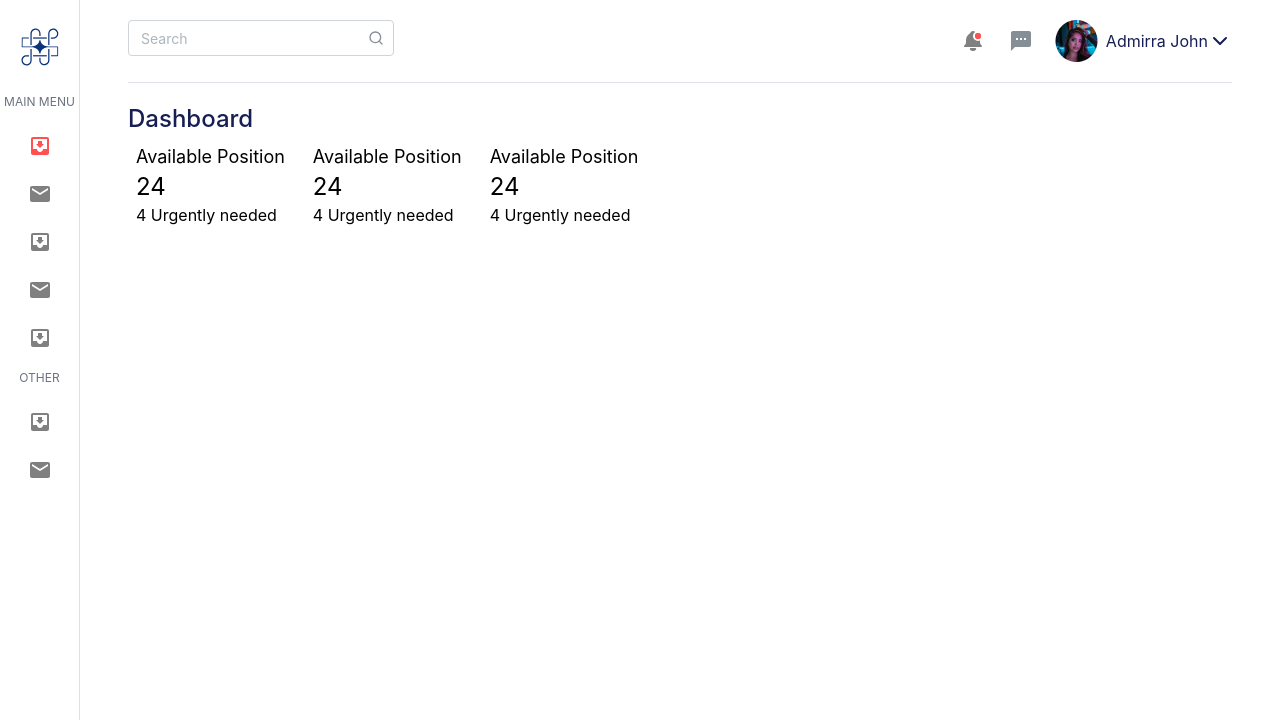
Repository: SatyaDewangan05/sample-dashboard
Page: /
An editor plug-in stored every save of this project. The page is shown before and after the next save, followed by the edit.
The browser window is 1280 px wide. The pictures show the whole page.
The project was rebuilt for these pictures with package versions that can differ from the ones it lists, and the page was loaded fresh each time. The framework's server and built-in components were replaced by stand-ins that run in the browser. Also part of the build but not shown: next.config.mjs.

Above is the page before, as saved 2024-09-21 23:28:32.

### src/app/layout.js
import localFont from "next/font/local";
import "./globals.css";
import { MantineProvider } from "@mantine/core";
import "@mantine/core/styles.css";

const geistSans = localFont({
  src: "./fonts/GeistVF.woff",
  variable: "--font-geist-sans",
  weight: "100 900",
});
const geistMono = localFont({
  src: "./fonts/GeistMonoVF.woff",
  variable: "--font-geist-mono",
  weight: "100 900",
});

export const metadata = {
  title: "Create Next App",
  description: "Generated by create next app",
};

export default function RootLayout({ children }) {
  return (
    <html lang="en">
      <body
        className={`${geistSans.variable} ${geistMono.variable} antialiased bg-white`}
      >
        <MantineProvider>{children}</MantineProvider>
      </body>
    </html>
  );
}

### src/app/page.jsx
import Image from "next/image";
import MiniDrawer from "./components/Drawer";
import {
  ActionIcon,
  Anchor,
  Avatar,
  Divider,
  Indicator,
  TextInput,
  Title,
} from "@mantine/core";
import { Search } from "lucide-react";
import {
  IconBellFilled,
  IconChevronCompactDown,
  IconChevronDown,
} from "@tabler/icons-react";
import TextsmsIcon from "@mui/icons-material/Textsms";
import DP from "@/images/dp.png";
import ThreeData from "./components/card/ThreeData";

export default function Home() {
  return (
    <div className="flex">
      <MiniDrawer />
      <div className="w-full px-12">
        {/* Top Bar */}
        <div className="w-full py-5 flex justify-between">
          <TextInput placeholder="Search" rightSection={<Search size={16} />} />
          <div className="flex items-center gap-5">
            <ActionIcon
              variant="transparent"
              color="gray"
              // c="black"
              aria-label="Settings"
            >
              <Indicator color="#FF5151" offset={7} withBorder>
                <IconBellFilled color="gray" />
              </Indicator>
            </ActionIcon>
            <ActionIcon
              variant="transparent"
              color="gray"
              // c="black"
              aria-label="Settings"
            >
              <TextsmsIcon color="gray" />
            </ActionIcon>
            <div className="flex gap-2 items-center">
              <Image src={DP} />
              <Anchor
                href="https://mantine.dev/"
                target="_blank"
                underline="never"
                c="#161E54"
              >
                <div className="flex items-center">
                  Admirra John
                  <IconChevronDown />
                </div>
              </Anchor>
            </div>
          </div>
        </div>
        <Divider />

        <div className="w-full py-5">
          <p className="text-2xl font-medium text-[#161E54]">Dashboard</p>
          <div className="flex gap-3">
            <ThreeData bgColor="#FFEFE7" textColor="#FF5151" />
            <ThreeData bgColor="#E8F0FB" textColor="#3786F1" />
            <ThreeData bgColor="#FFEFE7" textColor="#FF5151" />
          </div>
        </div>
      </div>
    </div>
  );
}

### src/app/globals.css
@tailwind base;
@tailwind components;
@tailwind utilities;

:root {
  --background: #ffffff;
  --foreground: #171717;
}

/* @media (prefers-color-scheme: dark) {
  :root {
    --background: #0a0a0a;
    --foreground: #ededed;
  }
} */

body {
  color: var(--foreground);
  background: var(--background);
  font-family: Arial, Helvetica, sans-serif;
}

@layer utilities {
  .text-balance {
    text-wrap: balance;
  }
}

@layer base {
  :root {
    --background: 0 0% 100%;
    --foreground: 0 0% 3.9%;
    --card: 0 0% 100%;
    --card-foreground: 0 0% 3.9%;
    --popover: 0 0% 100%;
    --popover-foreground: 0 0% 3.9%;
    --primary: 0 0% 9%;
    --primary-foreground: 0 0% 98%;
    --secondary: 0 0% 96.1%;
    --secondary-foreground: 0 0% 9%;
    --muted: 0 0% 96.1%;
    --muted-foreground: 0 0% 45.1%;
    --accent: 0 0% 96.1%;
    --accent-foreground: 0 0% 9%;
    --destructive: 0 84.2% 60.2%;
    --destructive-foreground: 0 0% 98%;
    --border: 0 0% 89.8%;
    --input: 0 0% 89.8%;
    --ring: 0 0% 3.9%;
    --chart-1: 12 76% 61%;
    --chart-2: 173 58% 39%;
    --chart-3: 197 37% 24%;
    --chart-4: 43 74% 66%;
    --chart-5: 27 87% 67%;
    --radius: 0.5rem;
  }
  .dark {
    --background: 0 0% 3.9%;
    --foreground: 0 0% 98%;
    --card: 0 0% 3.9%;
    --card-foreground: 0 0% 98%;
    --popover: 0 0% 3.9%;
    --popover-foreground: 0 0% 98%;
    --primary: 0 0% 98%;
    --primary-foreground: 0 0% 9%;
    --secondary: 0 0% 14.9%;
    --secondary-foreground: 0 0% 98%;
    --muted: 0 0% 14.9%;
    --muted-foreground: 0 0% 63.9%;
    --accent: 0 0% 14.9%;
    --accent-foreground: 0 0% 98%;
    --destructive: 0 62.8% 30.6%;
    --destructive-foreground: 0 0% 98%;
    --border: 0 0% 14.9%;
    --input: 0 0% 14.9%;
    --ring: 0 0% 83.1%;
    --chart-1: 220 70% 50%;
    --chart-2: 160 60% 45%;
    --chart-3: 30 80% 55%;
    --chart-4: 280 65% 60%;
    --chart-5: 340 75% 55%;
  }
}

@layer base {
  * {
    @apply border-border;
  }
  body {
    @apply bg-background text-foreground;
  }
}

### src/app/components/Drawer.jsx
"use client";

import { styled } from "@mui/material/styles";
import MuiDrawer from "@mui/material/Drawer";
import List from "@mui/material/List";
import IconButton from "@mui/material/IconButton";
import MenuIcon from "@mui/icons-material/Menu";

import ListItem from "@mui/material/ListItem";
import ListItemButton from "@mui/material/ListItemButton";
import ListItemIcon from "@mui/material/ListItemIcon";
import ListItemText from "@mui/material/ListItemText";
import InboxIcon from "@mui/icons-material/MoveToInbox";
import MailIcon from "@mui/icons-material/Mail";
import { useState } from "react";
import Image from "next/image";

import Logo from "@/images/logo.svg";
import LogoWithName from "@/images/logo_with_name.png";

const drawerWidth = 220;

const openedMixin = (theme) => ({
  width: drawerWidth,
  transition: theme.transitions.create("width", {
    easing: theme.transitions.easing.sharp,
    duration: theme.transitions.duration.enteringScreen,
  }),
  overflowX: "hidden",
});

const closedMixin = (theme) => ({
  transition: theme.transitions.create("width", {
    easing: theme.transitions.easing.sharp,
    duration: theme.transitions.duration.leavingScreen,
  }),
  overflowX: "hidden",
  width: "80px",
  [theme.breakpoints.up("sm")]: {
    width: "80px",
  },
});

const DrawerHeader = styled("div")(({ theme }) => ({
  display: "flex",
  alignItems: "center",
  justifyContent: "center",
  padding: "20px",
  // necessary for content to be below app bar
  ...theme.mixins.toolbar,
}));

const Drawer = styled(MuiDrawer, {
  shouldForwardProp: (prop) => prop !== "open",
})(({ theme }) => ({
  width: drawerWidth,
  flexShrink: 0,
  whiteSpace: "nowrap",
  boxSizing: "border-box",
  variants: [
    {
      props: ({ open }) => open,
      style: {
        ...openedMixin(theme),
        "& .MuiDrawer-paper": openedMixin(theme),
      },
    },
    {
      props: ({ open }) => !open,
      style: {
        ...closedMixin(theme),
        "& .MuiDrawer-paper": closedMixin(theme),
      },
    },
  ],
}));

export default function MiniDrawer() {
  const [open, setOpen] = useState(false);

  const [active, setActive] = useState("Dashboard");

  return (
    <Drawer variant="permanent" open={open}>
      <DrawerHeader>
        <IconButton onClick={() => setOpen((prevState) => !prevState)}>
          {open ? (
            <Image src={LogoWithName} alt="Images" />
          ) : (
            <Image className="mx-auto" src={Logo} alt="Images" />
          )}
        </IconButton>
      </DrawerHeader>
      <p
        className={`h-5 uppercase text-xs  text-gray-500 ${
          open ? "pl-5" : "text-center"
        }`}
      >
        Main Menu
      </p>
      <List>
        {["Dashboard", "Recruitment", "Schedule", "Employee", "Department"].map(
          (text, index) => (
            <ListItem key={text} disablePadding sx={{ display: "block" }}>
              <ListItemButton
                sx={[
                  {
                    minHeight: 48,
                    px: 2,
                    color: active === text ? "#FF5151" : "unset",
                  },
                  open
                    ? {
                        justifyContent: "initial",
                      }
                    : {
                        justifyContent: "center",
                      },
                ]}
                onClick={() => setActive(text)}
              >
                <ListItemIcon
                  sx={[
                    {
                      //   minWidth: 0,
                      justifyContent: "center",
                      color: active === text ? "#FF5151" : "gray",
                    },
                    open
                      ? {
                          mr: 2,
                        }
                      : {
                          mx: "auto",
                        },
                  ]}
                >
                  {index % 2 === 0 ? <InboxIcon /> : <MailIcon />}
                </ListItemIcon>
                <ListItemText
                  primary={text}
                  sx={[
                    open
                      ? {
                          opacity: 1,
                        }
                      : {
                          opacity: 0,
                        },
                  ]}
                />
              </ListItemButton>
            </ListItem>
          )
        )}
      </List>
      <p
        className={`h-5 uppercase text-xs text-gray-500 ${
          open ? " pl-5" : "text-center"
        }`}
      >
        Other
      </p>
      <List>
        {["Support", "Settings"].map((text, index) => (
          <ListItem key={text} disablePadding sx={{ display: "block" }}>
            <ListItemButton
              sx={[
                {
                  minHeight: 48,
                  px: 2,
                },
                open
                  ? {
                      justifyContent: "initial",
                    }
                  : {
                      justifyContent: "center",
                    },
              ]}
              onClick={() => setActive(text)}
            >
              <ListItemIcon
                sx={[
                  {
                    justifyContent: "center",
                    color: active === text ? "#FF5151" : "gray",
                  },
                  open
                    ? {
                        mr: 2,
                      }
                    : {
                        mx: "auto",
                      },
                ]}
              >
                {index % 2 === 0 ? <InboxIcon /> : <MailIcon />}
              </ListItemIcon>
              <ListItemText
                primary={text}
                sx={[
                  open
                    ? {
                        opacity: 1,
                      }
                    : {
                        opacity: 0,
                      },
                ]}
              />
            </ListItemButton>
          </ListItem>
        ))}
      </List>
    </Drawer>
  );
}

### src/app/components/card/ThreeData.jsx
const ThreeData = ({ bgColor, textColor }) => {
  return (
    <div
      className={`p-2 rounded-md bg-${
        false ? "[" + bgColor + "]" : "gray-600"
      }`}
    >
      <p className="text-lg">Available Position</p>
      <p className="text-2xl">24</p>
      <p
        className={`text-base text-${
          textColor ? "[" + textColor + "]" : "white"
        }`}
      >
        4 Urgently needed
      </p>
    </div>
  );
};

export default ThreeData;

Loaded but not shown: tailwind.config.js (common file)

After the next save:
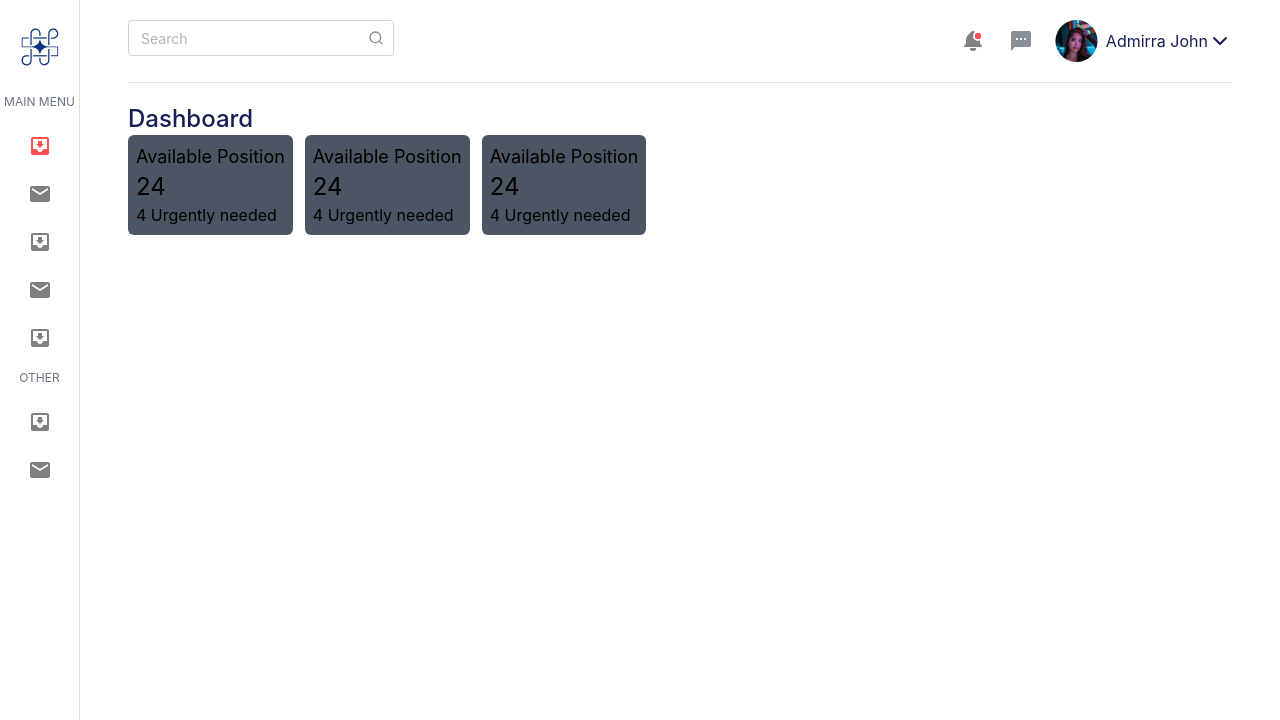
Saved 6 s later.
--- a/src/app/components/card/ThreeData.jsx
+++ b/src/app/components/card/ThreeData.jsx
@@ -1,7 +1,7 @@
 const ThreeData = ({ bgColor, textColor }) => {
   return (
     <div
-      className={`p-2 rounded-md bg-${
+      className={`p-2 rounded-md bg-gray-600 bg-${
         false ? "[" + bgColor + "]" : "gray-600"
       }`}
     >

After the save that followed:
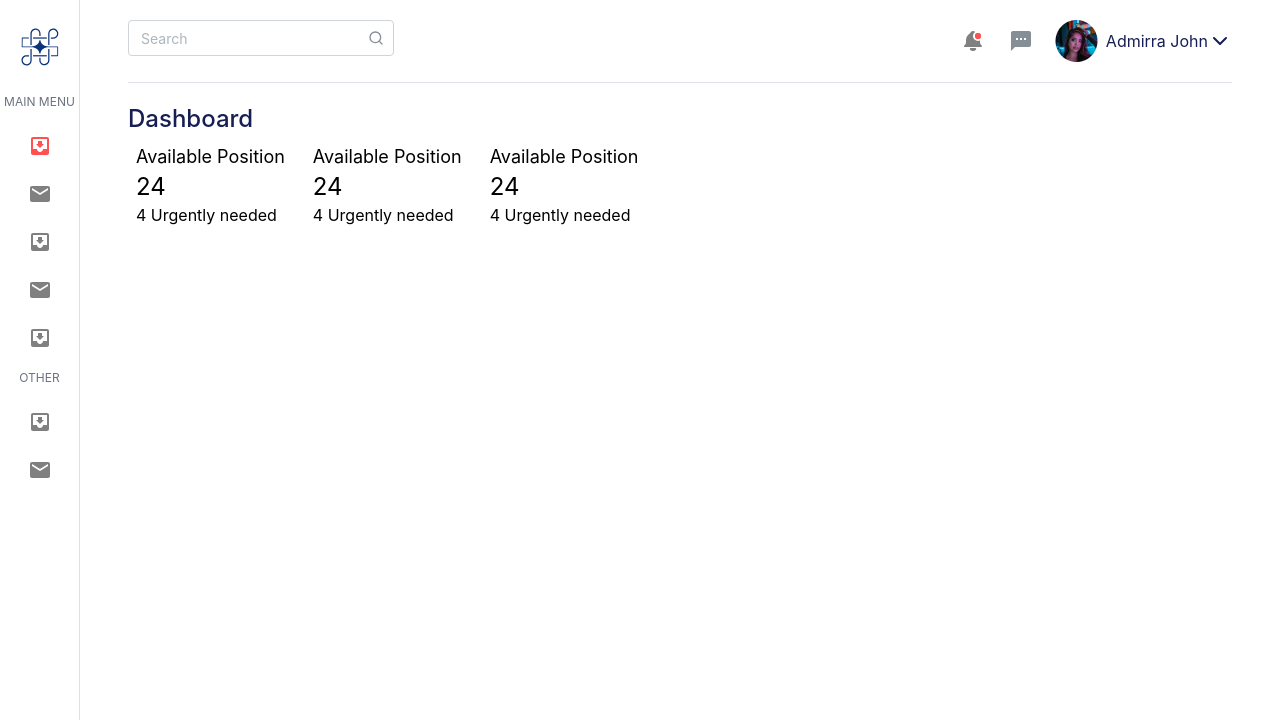
Saved 27 s later.
--- a/src/app/components/card/ThreeData.jsx
+++ b/src/app/components/card/ThreeData.jsx
@@ -1,8 +1,8 @@
 const ThreeData = ({ bgColor, textColor }) => {
   return (
     <div
-      className={`p-2 rounded-md bg-gray-600 bg-${
-        false ? "[" + bgColor + "]" : "gray-600"
+      className={`p-2 rounded-md ${
+        bgColor ? "bg-[" + bgColor + "]" : "bg-gray-300"
       }`}
     >
       <p className="text-lg">Available Position</p>
